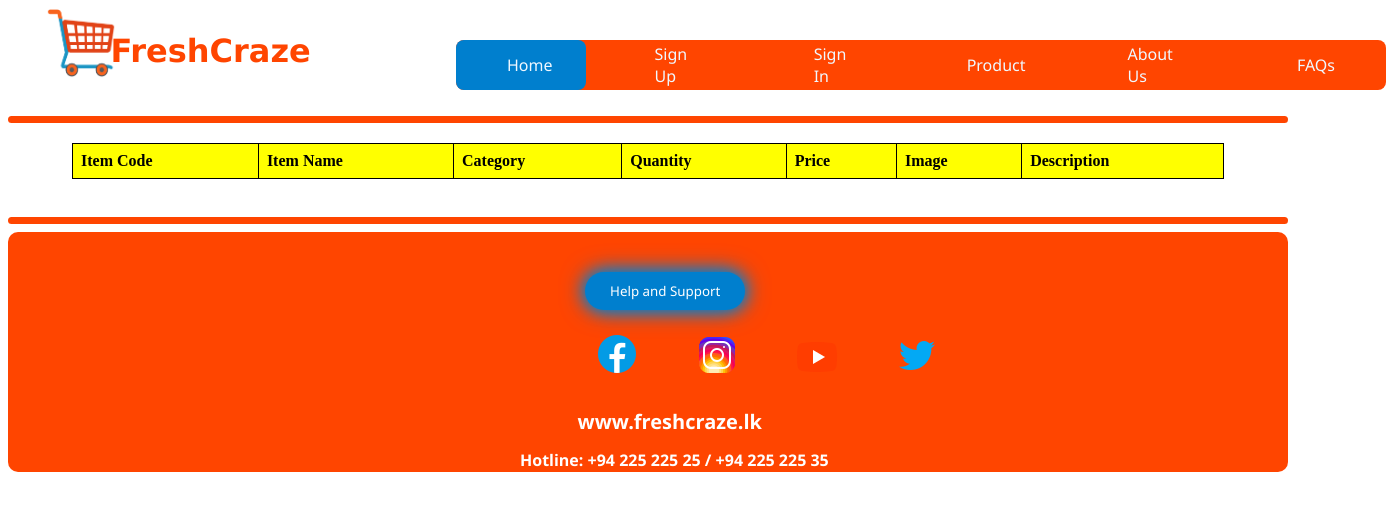
Repository: shanika2002/FreshCraze
Page: http://localhost/itemDem/AdminTable.jsp
The author's editor kept a copy of each file at every save. The page is drawn from the files as they stood at one save, then again after the next save.
The browser window is 1280 px wide. The page is 1386 px wide, so the pictures cover 1386 px, including what lies to the right of the window. The pictures show the whole page.
The page is served by Tomcat 9.

Above is the page before, as saved 2024-05-13 19:02:41.

After the next save:
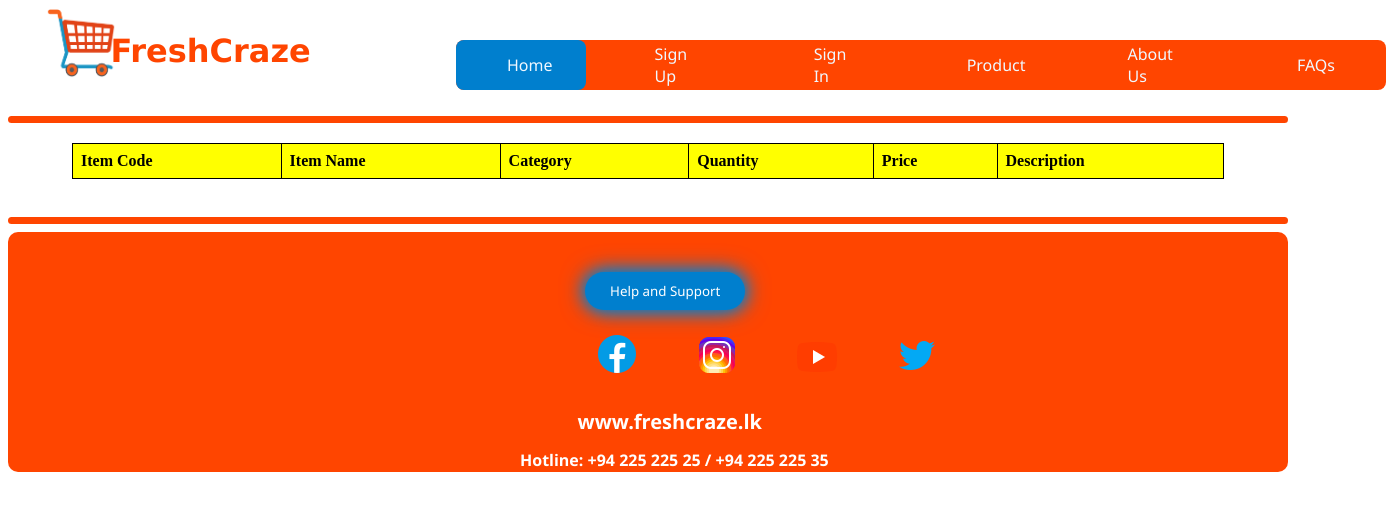
Saved 42 s later.
--- a/itemDem/src/main/webapp/AdminTable.jsp
+++ b/itemDem/src/main/webapp/AdminTable.jsp
@@ -37,7 +37,6 @@
 					<th>Category</th>
 					<th>Quantity</th>
 					<th>Price</th>
-					<th>Image</th>
 					<th>Description</th>
 				</tr>
 			</thead>
@@ -50,7 +49,6 @@
 						<td>${item.category }</td>
 						<td>${item.quantity }</td>
 						<td>${item.price }</td>
-						<td>${item.image }</td>
 						<td>${item.description }</td>
 						<td>
 							<form action="singleDataButton" method="post">
